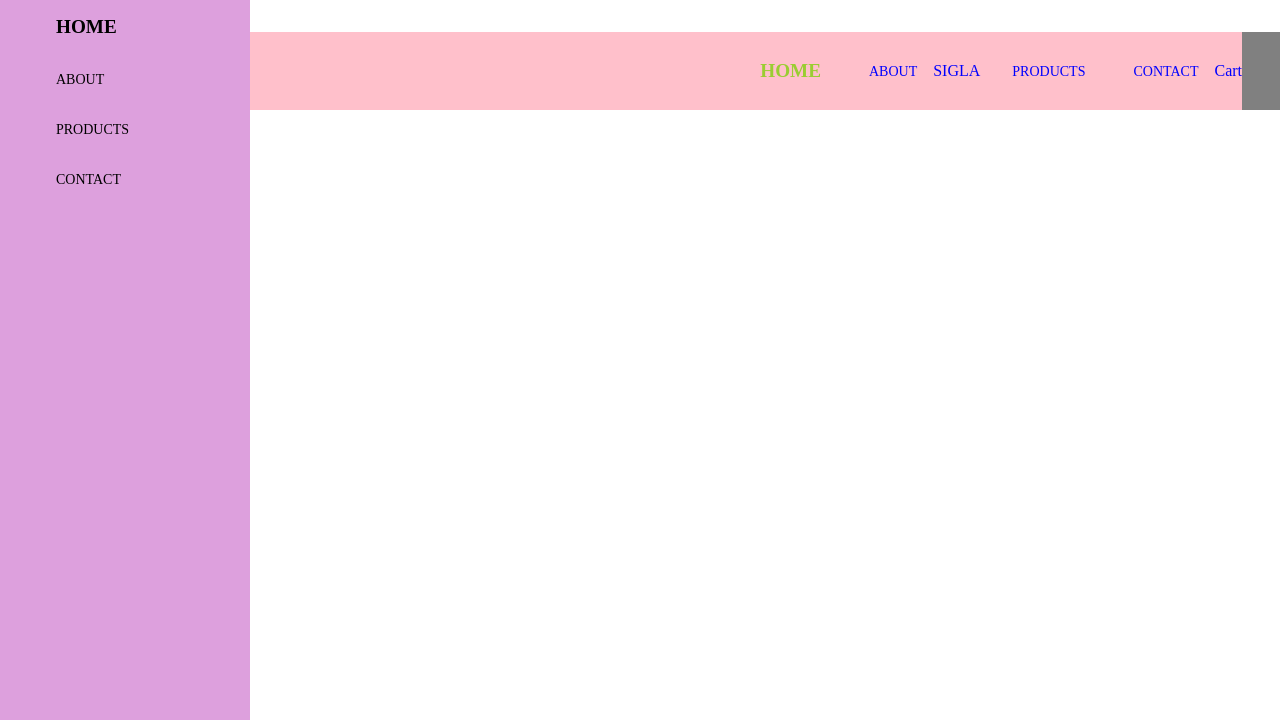
Repository: RalucaZota/cakeshop
Page: /
An editor plug-in stored every save of this project. The page is shown before and after the next save, followed by the edit.
The browser window is 1280 px wide. The pictures show the whole page.
The project was rebuilt for these pictures with package versions that can differ from the ones it lists, and the page was loaded fresh each time. Also part of the build but not shown: vite.config.js, src/views/Products.vue, src/views/About.vue, src/views/Contact.vue.

Above is the page before, as saved 2023-06-02 19:20:38.

### src/main.js
import './assets/main.css'

import { createApp } from 'vue'
import App from './App.vue'
import router from './router'
/* import the fontawesome core */
import { library } from '@fortawesome/fontawesome-svg-core'

/* import font awesome icon component */
import { FontAwesomeIcon } from '@fortawesome/vue-fontawesome'

/* import specific icons */
import { faBars } from '@fortawesome/free-solid-svg-icons'

/* add icons to the library */
library.add(faBars)

createApp(App)
.component('font-awesome-icon', FontAwesomeIcon).use(router)
.mount('#app')

### src/assets/main.css
@import './base.css';

#app {
  margin: 0 auto;
  padding: 2rem;

  font-weight: normal;
}

### src/App.vue
<script setup>
import Navbar from "./components/Navbar.vue"

</script>

<template>
<navbar/>
</template>

<style scoped>

</style>

### src/router/index.js
import { createRouter, createWebHistory } from 'vue-router'

const router = createRouter({
  history: createWebHistory(import.meta.env.BASE_URL),
  routes: [
    {
      path: '/',
      name: 'home',
      component: () => import('../views/Home.vue')
    },
    { path: '/about', name: 'about', component: () => import('../views/About.vue') },
    { path: '/products', name: 'products', component: () => import('../views/Products.vue') },
    { path: '/contact', name: 'contact', component: () => import('../views/Contact.vue') }
    // route level code-splitting
    // this generates a separate chunk (About.[hash].js) for this route
    // which is lazy-loaded when the route is visited.
  ]
})

export default router

### src/assets/base.css
/* color palette from <https://github.com/vuejs/theme> */
:root {
  --vt-c-white: #ffffff;
  --vt-c-white-soft: #f8f8f8;
  --vt-c-white-mute: #f2f2f2;

  --vt-c-black: #181818;
  --vt-c-black-soft: #222222;
  --vt-c-black-mute: #282828;

  --vt-c-indigo: #2c3e50;

  --vt-c-divider-light-1: rgba(60, 60, 60, 0.29);
  --vt-c-divider-light-2: rgba(60, 60, 60, 0.12);
  --vt-c-divider-dark-1: rgba(84, 84, 84, 0.65);
  --vt-c-divider-dark-2: rgba(84, 84, 84, 0.48);

  --vt-c-text-light-1: var(--vt-c-indigo);
  --vt-c-text-light-2: rgba(60, 60, 60, 0.66);
  --vt-c-text-dark-1: var(--vt-c-white);
  --vt-c-text-dark-2: rgba(235, 235, 235, 0.64);
}

/* semantic color variables for this project */
:root {
  --color-background: var(--vt-c-white);
  --color-background-soft: var(--vt-c-white-soft);
  --color-background-mute: var(--vt-c-white-mute);

  --color-border: var(--vt-c-divider-light-2);
  --color-border-hover: var(--vt-c-divider-light-1);

  --color-heading: var(--vt-c-text-light-1);
  --color-text: var(--vt-c-text-light-1);

  --section-gap: 160px;
}

@media (prefers-color-scheme: dark) {
  :root {
    --color-background: var(--vt-c-black);
    --color-background-soft: var(--vt-c-black-soft);
    --color-background-mute: var(--vt-c-black-mute);

    --color-border: var(--vt-c-divider-dark-2);
    --color-border-hover: var(--vt-c-divider-dark-1);

    --color-heading: var(--vt-c-text-dark-1);
    --color-text: var(--vt-c-text-dark-2);
  }
}

*,
*::before,
*::after {
  box-sizing: border-box;
  margin: 0;
  font-weight: normal;
}

### src/components/Navbar.vue
<template>
  <header :class="{ 'scrolled-nav': scrollPosition }">
    <nav >
      <ul class="navigation" v-show="!mobile">
        <li>
          <RouterLink active-class="active" :to="{ name: 'home' }" class=" link"
            >Home</RouterLink
          >
        </li>
        <li>
          <RouterLink active-class="active" :to="{ name: 'about' }" class=" link"
            >About</RouterLink
          >
        </li>
        <div class="branding">SIGLA</div>
        <li>
          <RouterLink active-class="active" :to="{ name: 'products' }" class=" link"
            >Products</RouterLink
          >
        </li>
        <li>
          <RouterLink active-class="active" :to="{ name: 'contact' }" class=" link"
            >Contact</RouterLink
          >
        </li>
        <div class="nav-elements cart">Cart</div>
      </ul>
        <div class="icon">
          <font-awesome-icon icon="fa-solid fa-bars" size="lg" @click="toggleMobileNav" v-show="mobile" class="far fa-bars" :class="{'icon-active': mobileNav}"/>
        </div>
      <transition name="mobile-nav">
        <ul v-show="mobileNav" class="dropdown-nav">
          <li>
            <RouterLink active-class="active" :to="{ name: 'home' }" class="link"
              >Home</RouterLink
            >
          </li>
          <li>
            <RouterLink active-class="active" :to="{ name: 'about' }" class=" link"
              >About</RouterLink
            >
          </li>
          <li>
            <RouterLink active-class="active" :to="{ name: 'products' }" class=" link"
              >Products</RouterLink
            >
          </li>
          <li>
            <RouterLink active-class="active" :to="{ name: 'contact' }" class=" link"
              >Contact</RouterLink
            >
          </li>
        </ul>
      </transition>
    </nav>
  </header>

  <RouterView />
</template>
<script>
import { RouterLink, RouterView } from 'vue-router'
import Home from '../views/Home.vue'
import Products from '../views/Products.vue'
import About from '../views/About.vue'
import Contact from '../views/Contact.vue'
export default {
  name: 'navbar',
  components: {
    Home,
    Products,
    About,
    Contact
  },
  data(){
    return {
      scrollPosition: null,
      mobile: false,
      mobileNav: true,
      windowWidth: null
    }
  },
  methods:{
    toggleMobileNav(){
      this.mobileNav = !this.mobileNav

    }
  }
}
</script>
<style lang="scss">
@import '../styles/Navbar.scss';
</style>

### src/views/Home.vue
<template>
    <div>
        <h1>HOME</h1>
    </div>
</template>
<script>
export default {
    components:{
        name: 'home'
    }
}
</script>

### src/styles/Navbar.scss
header{
    width: 100%;
    position: fixed;
    transition: 0.5s ease all;
    background-color: gray;
    z-index: 99;
    color: white;
    nav{
        display: flex;
        align-items: center;
        justify-content: space-evenly;
        flex-direction: row;
        background-color: pink;
        transition: 0.5s ease all;
        padding: 12px 0;
        width: 90%;
        margin: 0 auto;
        text-decoration: none;
        position: relative;


        @media (min-width: 1140px) {
            max-width: 1140px;
        }
        ul,
        .link {
            font-weight: 500;
            color: blue;
            list-style: none;
            text-decoration: none;
        }
        li {
            text-transform: uppercase;
            padding: 16px;
            margin-left: 16px;
        }

        .link {
            font-size: 14px;
            transition: 0.5s ease all;
            padding-bottom: 4px;
            border-bottom:  1px solid transparent;
            &:hover {
                color: aquamarine;
                border-color: purple;
            }
        }
        .branding {
            display: flex;
            align-items: center;

            // img {
            //     width: 50px;
            //     transition: .5s ease all;
            // }
        }

        .active{
        font-weight: bold;
        color: yellowgreen;
        font-weight: 600;
        text-decoration: none;
        font-size: larger;
        }
        .cart{
        // position: absolute;
        // right: 5%;
    }
    .navigation {
        display: flex;
        align-items: center;
        flex: 1;
        justify-content: flex-end;
    }
    .icon{
        display: flex;
        align-items: center;
        position: absolute;
        top: 0;
        left: 24px;
        height: 100%;
        i{
            cursor: pointer;
            font-size: 24px;
            transition: .8s ease all;
        }
    }
    .icon-active{
        transform: rotate(180deg);
    }
    .dropdown-nav{
        display: flex;
        flex-direction: column;
        position: fixed;
        width: 100%;
        max-width: 250px;
        height: 100%;
        background-color: plum;
        top: 0;
        left: 0;
        li{
            margin-left: 0;
            .link{
                color: black;
            }
        }

    }

}
}

Loaded but not shown: index.html (common file)

After the next save:
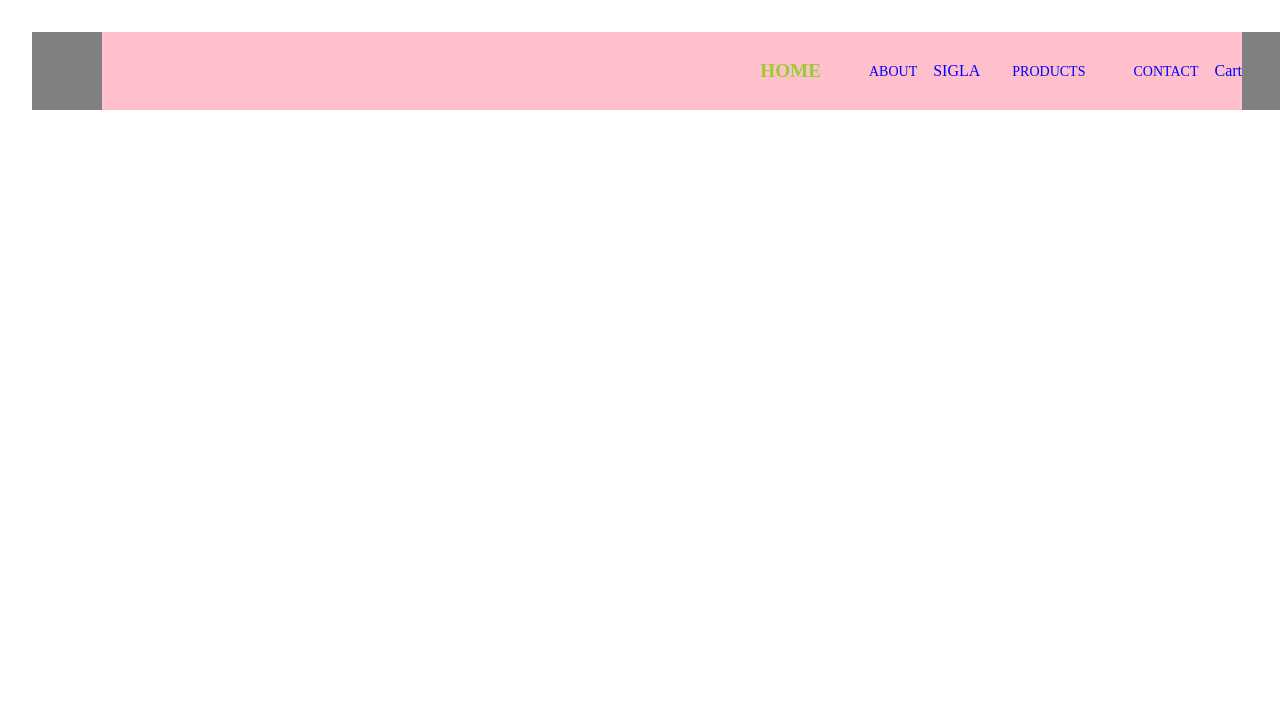
Saved 18 s later.
--- a/src/components/Navbar.vue
+++ b/src/components/Navbar.vue
@@ -74,8 +74,8 @@
   data(){
     return {
       scrollPosition: null,
-      mobile: false,
-      mobileNav: true,
+      mobile: null,
+      mobileNav: null,
       windowWidth: null
     }
   },

After the 3 saves that followed:
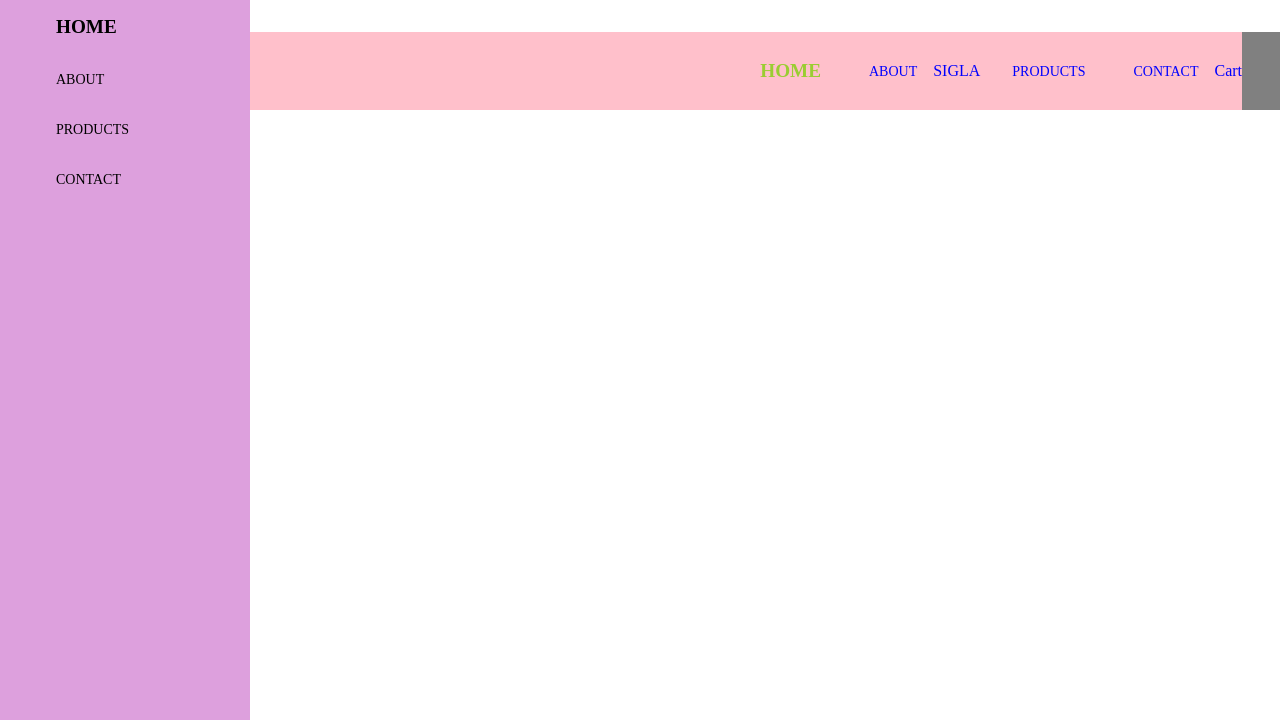
The 3 saves are shown as one change because 1 left the picture as it was and some came seconds apart.
The last was saved 54 s later.
--- a/src/components/Navbar.vue
+++ b/src/components/Navbar.vue
@@ -75,7 +75,7 @@
     return {
       scrollPosition: null,
       mobile: null,
-      mobileNav: null,
+      mobileNav: true,
       windowWidth: null
     }
   },
